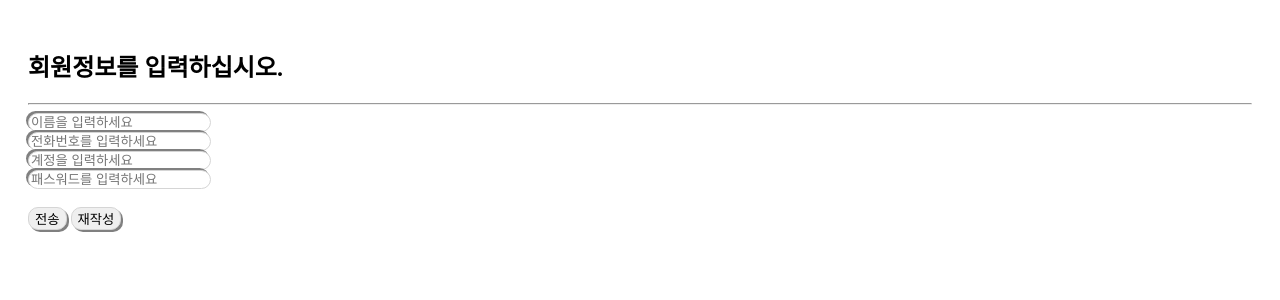
Repository: kdg0109/multicampus_course
Page: web course/workspace_web/mvc/WebContent/htmlexam/memberForm.html
The author's editor kept a copy of each file at every save. The page is drawn from the files as they stood at one save, then again after the next save.
The browser window is 1280 px wide. The pictures show the whole page.

Above is the page before, as saved 2018-02-09 02:46:36.

### web course/workspace_web/mvc/WebContent/htmlexam/memberForm.html
<!DOCTYPE html>
<html>
<head>
<meta charset="UTF-8">
<title>Insert title here</title>
<style>
	h1 {
		text-shadow: 3px 3px 5px #ffffff;
	}
	input {
		border : solid 1px #D5D5D5;
		border-radius: 10px 10px 10px 10px;
	}
	.input {
	 box-shadow: -2px -2px gray;
	}
	.output {
	 box-shadow: 2px 2px gray;
	}
	#click1, #click2 {
		background: gray;
	}
	#article1 {
		padding: 20px;
	}
</style>
</head>
<body>
	<article id="article1">
		<h1>회원정보를 입력하십시오.</h1>
		<hr>
		<form method="post" action="/mvc/grade" >
			<input type="text" name = "name" placeholder="이름을 입력하세요" class="input" required><br/>
			<input type="tel" name = "tel" placeholder="전화번호를 입력하세요" class="input" required><br/>
			<input type="text" name = "userId" placeholder="계정을 입력하세요" class="input" required><br/>
			<input type="password" name = "userPass" placeholder="패스워드를 입력하세요" class="input" required><br/><br>
	      <input type="submit" name="ok" class="output" value="전송">
	      <input type="reset" name="clear" class="output" value="재작성"><br>
		</form>
	</article>
</body>
</html>

After the next save:
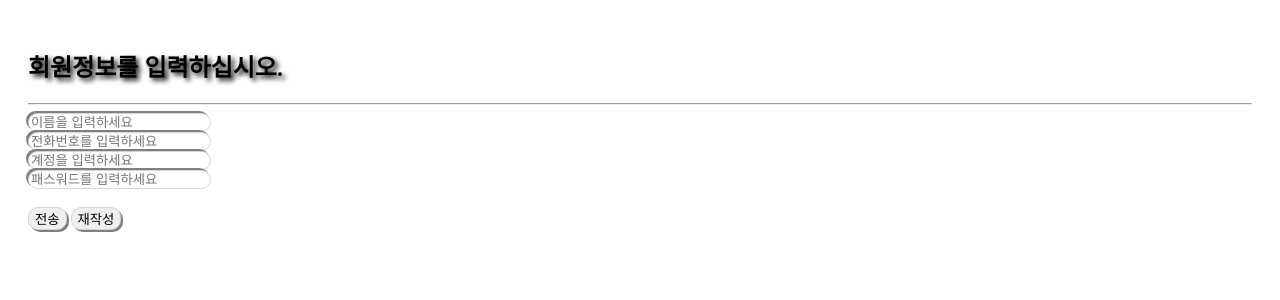
Saved 40 min 29 s later.
--- a/web course/workspace_web/mvc/WebContent/htmlexam/memberForm.html
+++ b/web course/workspace_web/mvc/WebContent/htmlexam/memberForm.html
@@ -5,7 +5,7 @@
 <title>Insert title here</title>
 <style>
 	h1 {
-		text-shadow: 3px 3px 5px #ffffff;
+		text-shadow: 3px 3px 5px black;
 	}
 	input {
 		border : solid 1px #D5D5D5;
